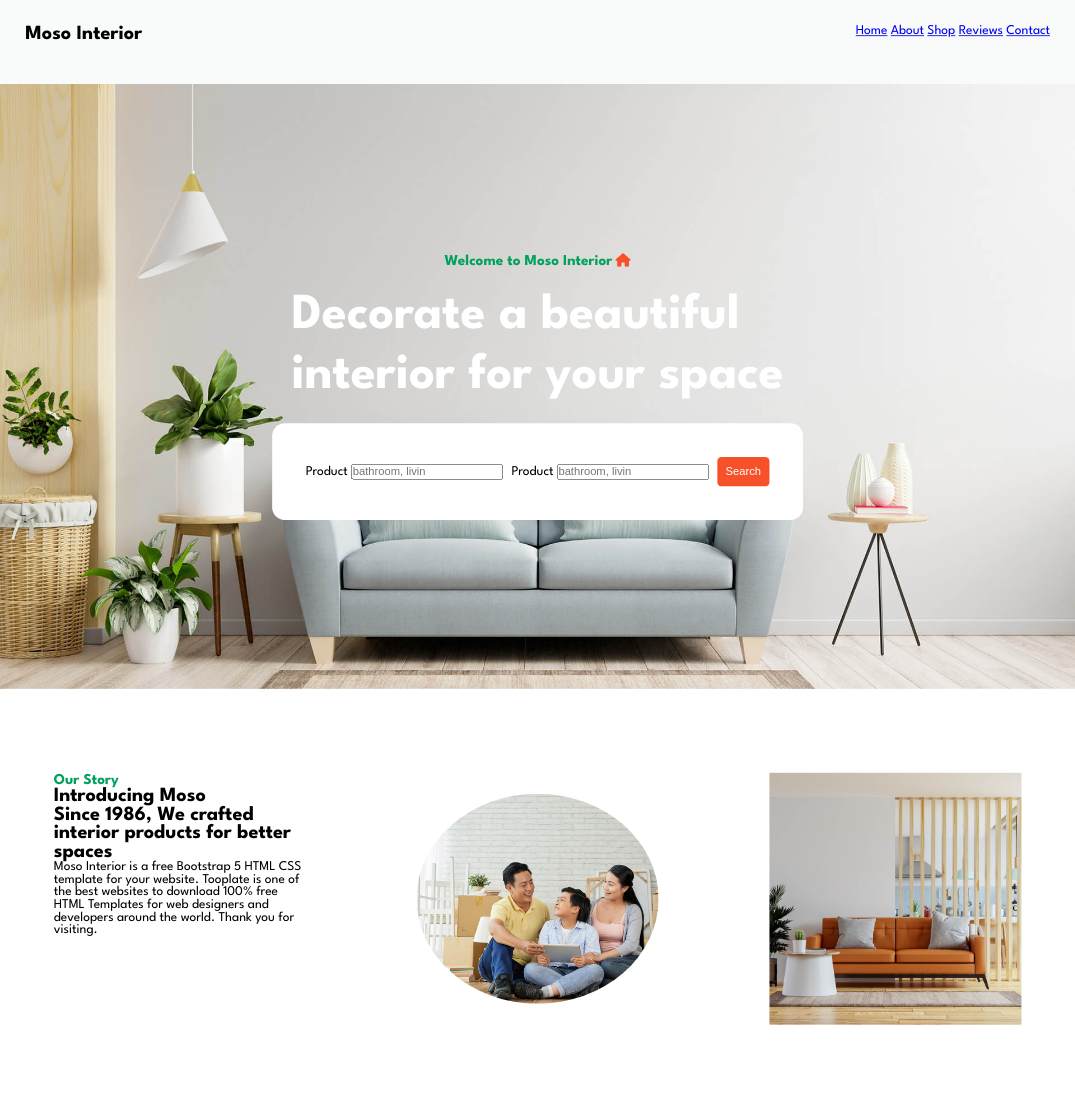
Repository: mariamnabil23/furniture
Page: index.html
The author's editor kept a copy of each file at every save. The page is drawn from the files as they stood at one save, then again after the next save.
The browser window is 1280 px wide. The pictures show the whole page, at 84% of full size.
Some web fonts or font styles are not loaded; a fallback is used.

Above is the page before, as saved 2024-10-30 16:12:56.

After the next save:
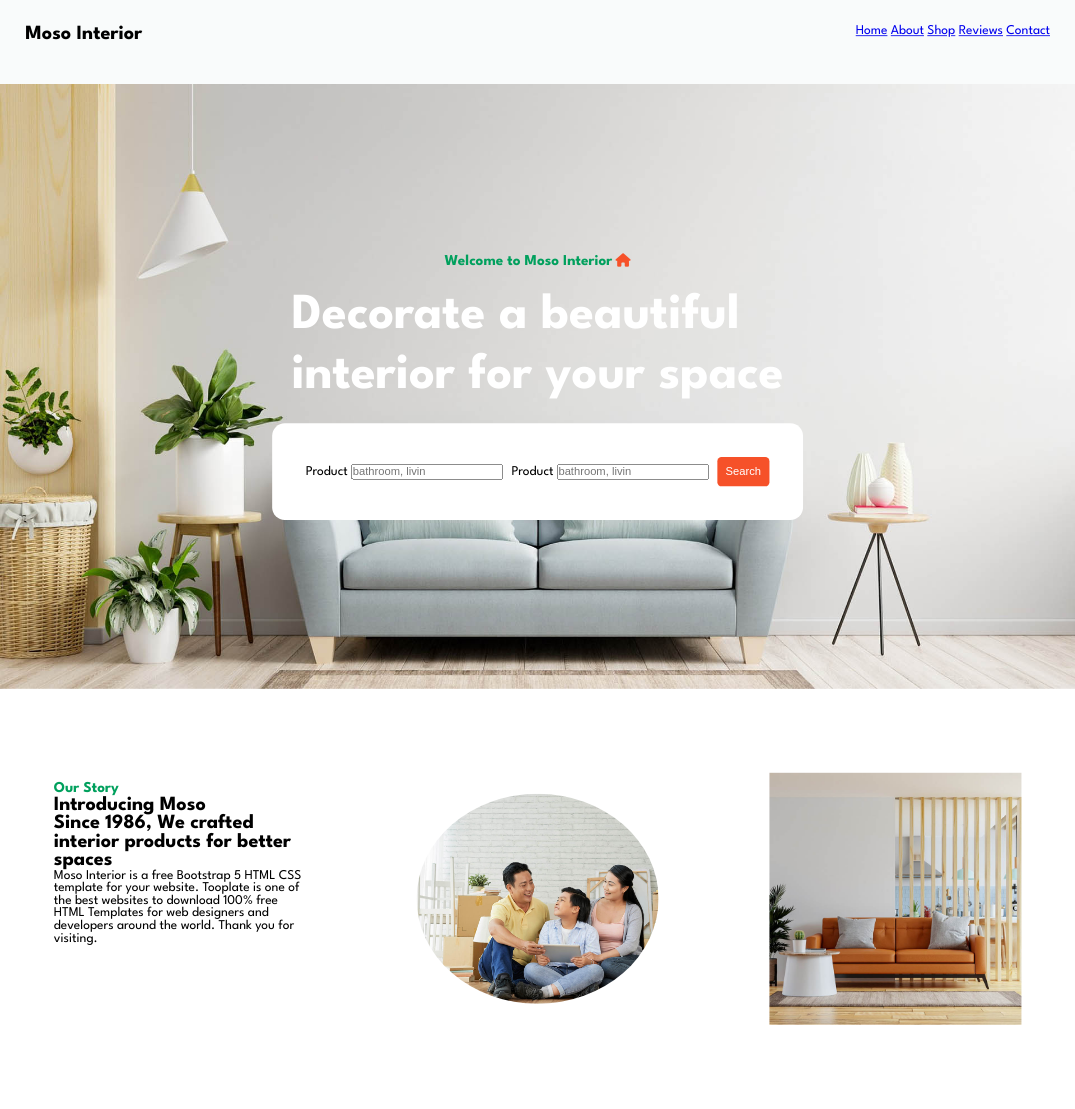
Saved 3 min 22 s later.
--- a/style.css
+++ b/style.css
@@ -102,7 +102,7 @@ ul{
 }
 .about .left{
     width: 300px;
-    height: 300px;
+    height: 280px;
 }
 .about .left h5{
     color: #00a05d;
